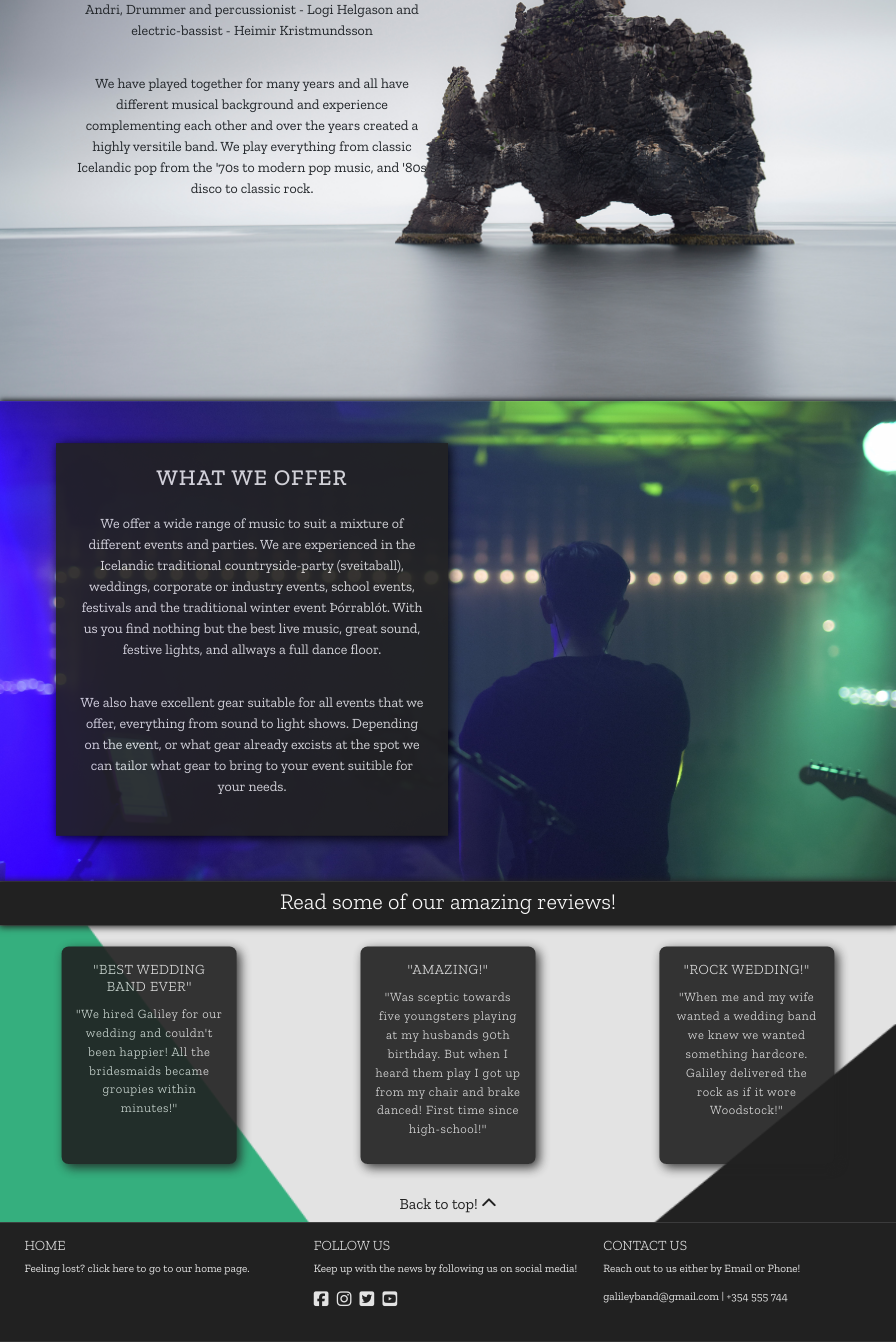
Repository: HeimirDavid/Galiley-Website
Page: index.html
The author's editor kept a record of every edit. The page is drawn from the files as they stood at one moment, then again after the next edit.
The browser window is 1280 px wide. The pictures show the part of the page from y = 830 to 2750 px (the page is 2747 px tall before and 2750 px after), at 70% of full size.
Backgrounds fixed to the window are drawn as part of the page. Some web libraries are served in a nearby version.

Above is the page before.

### index.html
<!DOCTYPE html>
<html lang="en">

<head>
    <meta charset="UTF-8">
    <meta name="viewport" content="width=device-width, initial-scale=1.0">
    <meta http-equiv="X-UA-Compatible" content="ie=edge">

    <link rel="stylesheet" href="https://stackpath.bootstrapcdn.com/bootstrap/4.3.1/css/bootstrap.min.css" integrity="sha384-ggOyR0iXCbMQv3Xipma34MD+dH/1fQ784/j6cY/iJTQUOhcWr7x9JvoRxT2MZw1T" crossorigin="anonymous">
    <link rel="stylesheet" href="https://cdnjs.cloudflare.com/ajax/libs/hover.css/2.3.1/css/hover-min.css" type="text/css" />
    <link rel="stylesheet" href="assets/css/style.css" type="text/css" />

    <script src="https://code.jquery.com/jquery-3.3.1.slim.min.js" integrity="sha384-q8i/X+965DzO0rT7abK41JStQIAqVgRVzpbzo5smXKp4YfRvH+8abtTE1Pi6jizo" crossorigin="anonymous"></script>
    <script src="https://cdnjs.cloudflare.com/ajax/libs/popper.js/1.14.7/umd/popper.min.js" integrity="sha384-UO2eT0CpHqdSJQ6hJty5KVphtPhzWj9WO1clHTMGa3JDZwrnQq4sF86dIHNDz0W1" crossorigin="anonymous"></script>
    <script src="https://stackpath.bootstrapcdn.com/bootstrap/4.3.1/js/bootstrap.min.js" integrity="sha384-JjSmVgyd0p3pXB1rRibZUAYoIIy6OrQ6VrjIEaFf/nJGzIxFDsf4x0xIM+B07jRM" crossorigin="anonymous"></script>
    <script src="https://kit.fontawesome.com/2ea8c5e5d2.js" crossorigin="anonymous"></script>

    <title>Galiley</title>
</head>

<body>
    <header>
        <!------ Header Navigation Menu, Mainly written with bootstrap  ------>
        <div class="row no-gutters">
            <div class="col black-container">
                <nav class="navbar fixed-top navbar-expand-md navbar-dark bg-dark" id="navbar-black-color">
                    <!-- Navbar position with help of this  -->
                    <a class="navbar-brand" href="index.html">Galiley - Home</a>
                    <!-- tutorial: https://www.youtube.com/watch?v=NzjU1GmKosQ&t=90s  -->
                    <button class="navbar-toggler" type="button" data-toggle="collapse" data-target="#navbarSupportedContent" aria-controls="navbarSupportedContent" aria-expanded="false" aria-label="Toggle navigation">
                    <span class="navbar-toggler-icon"></span></button>
                    <div class="collapse navbar-collapse" id="navbarSupportedContent">
                        <ul class="navbar-nav m-auto">
                            <li class="nav-item menuitem active-item">
                                <a class="nav-link" href="index.html"><span>Home</span></a>
                            </li>
                            <li class="nav-item menuitem">
                                <a class="nav-link" href="media.html"><span>Media</span></a>
                            </li>
                            <li class="nav-item menuitem">
                                <a class="nav-link" href="schedule.html"><span>Schedule</span></a>
                            </li>
                            <li class="nav-item menuitem">
                                <a class="nav-link" href="pricing.html"><span>Pricing</span></a>
                            </li>
                            <li class="nav-item menuitem">
                                <a class="nav-link" href="contact.html"><span>Contact</span></a>
                            </li>
                        </ul>
                    </div>
                </nav>
            </div>
        </div>

        <!------ Header Logo Image ------>
        <div class="logo-container">
            <div class="row no-gutters">
                <div class="col header-background-img">
                    <a href="#">
                    <img class="logo-white" src="assets/images/galiley_vit.png">
                </a>
                </div>
            </div>
        </div>

        <!------ Header Text  ------>
        <div class="row no-gutters">
            <div class="col h1-heading">
                <h1>Galiley - The Band For Your Next Event!</h1>
            </div>
        </div>
    </header>

    <!-- About section, inspired by sample projects at CI more specific Haley Schafer - StudentExampleProjectGradeFive-->
    <section id="about-image">
        <div class="container">
            <div class="row about-offer-row">
                <div class="col-md-6 text-center">
                    <h2 class="header-h2 uppercase">
                        About Galiley
                    </h2>
                    <p class="p-text">
                        We are an Icelandic band of five people of which are some of the most respected, well established and greatly experienced musicians in the north of Iceland. We feature lead singer - Freyþór Hrafn, pianist and backing vocalist - Gúðjón Jónsson, guitarist
                        and backing vocalist - Daniel Andri, Drummer and percussionist - Logi Helgason and electric-bassist - Heimir Kristmundsson
                    </p>
                    <p class="p-text">
                        We have played together for many years and all have different musical background and experience complementing each other and over the years created a highly versitile band. We play everything from classic Icelandic pop from the '70s to modern pop music,
                        and '80s disco to classic rock.
                    </p>
                </div>
            </div>
        </div>
    </section>

    <!------ What We Offer - Section ------>
    <section id="offer-image">
        <div class="container">
            <div class="row about-offer-row offer-row text-center">
                <div class="col-md-6 offer-card text-center">
                    <h2 class="header-h2 uppercase">
                        What we offer
                    </h2>
                    <p class="p-text offer-text">
                        We offer a wide range of music to suit a mixture of different events and parties. We are experienced in the Icelandic traditional countryside-party (sveitaball), weddings, corporate or industry events, school events, festivals and the traditional winter
                        event Þórrablót. With us you find nothing but the best live music, great sound, festive lights, and allways a full dance floor.
                    </p>
                    <p class="p-text offer-text">
                        We also have excellent gear suitable for all events that we offer, everything from sound to light shows. Depending on the event, or what gear already excists at the spot we can tailor what gear to bring to your event suitible for your needs.
                    </p>
                </div>
            </div>
        </div>
    </section>

    <!------ Reviews section - Header ------>
    <section>
        <!-- Review header -->
        <div class="row no-gutters">
            <div class="col review-header">
                <h2>Read some of our amazing reviews!</h2>
            </div>
        </div>

        <!------ Three review cards, use bootstrap grid system ------>
        <div class="container-fluid green-black-img">
            <div class="row">
                <div class="col-md-4 review-cards">
                    <h5 class="cards-header uppercase">"Best wedding band ever"</h5>
                    <p class="review-p">"We hired Galiley for our wedding and couldn't been happier! All the bridesmaids became groupies within minutes!"</p>
                </div>
                <div class="col-md-4 review-cards">
                    <h5 class="cards-header uppercase">"Amazing!"</h5>
                    <p class="review-p">"Was sceptic towards five youngsters playing at my husbands 90th birthday. But when I heard them play I got up from my chair and brake danced! First time since high-school!"</p>
                </div>
                <div class="col-md-4 review-cards">
                    <h5 class="cards-header uppercase">"Rock Wedding!"</h5>
                    <p class="review-p">"When me and my wife wanted a wedding band we knew we wanted something hardcore. Galiley delivered the rock as if it wore Woodstock!"</p>
                </div>
            </div>
            <!------ Go to top button at the bottom of the page -->
            <div class="row text-center">
                <div class="col gotop-col">
                    <a class="gotopbtn" href="#">
                        <span>Back to top!</span>
                        <i class="fas fa-chevron-up"></i>
                    </a>
                </div>
            </div>
        </div>
    </section>

    <footer>
        <!------ Footer section, Mainly structured and written with the help from CI tutorials from the Resume-Project.
                             Since i liked the design and strucure and felt that it fits well within this project. ------>
        <div class="container-fluid">
            <div class="row" id="footer-details">
                <div class="col-sm-4">
                    <h5 class="uppercase footer-heading">
                        <a href="index.html" class="footer-links">Home</a>
                    </h5>
                    <p class="inline-block">Feeling lost? click here to go to our home page.</p>
                </div>

                <div class="col-sm-4">
                    <h5 class="uppercase footer-heading">Follow Us</h5>
                    <p class="inline-block">Keep up with the news by following us on social media!</p>
                    <ul class="list-inline social-media-links">
                        <li class="list-inline-item">
                            <a class="footer-links" target="_blank" href="https://www.facebook.com/GalileyBand/">
                                <i class="fab fa-facebook-square"></i>
                                <span class="sr-only">Facebook</span>
                            </a>
                        </li>
                        <li class="list-inline-item">
                            <a class="footer-links" target="_blank" href="#">
                                <i class="fab fa-instagram"></i>
                                <span class="sr-only">Instagram</span>
                            </a>
                        </li>
                        <li class="list-inline-item">
                            <a class="footer-links" target="_blank" href="#">
                                <i class="fab fa-twitter-square"></i>
                                <span class="sr-only">Twitter</span>
                            </a>
                        </li>
                        <li class="list-inline-item">
                            <a class="footer-links" target="_blank" href="#">
                                <i class="fab fa-youtube-square"></i>
                                <span class="sr-only">Youtube</span>
                            </a>
                        </li>
                    </ul>
                </div>

                <div class="col-sm-4">
                    <h5 class="uppercase footer-heading">Contact Us</h5>
                    <p class="inline-block">Reach out to us either by Email or Phone!</p>
                    <p>galileyband@gmail.com | +354 555 744</p>
                </div>
            </div>
        </div>
    </footer>
</body>

</html>

### assets/css/style.css
@import url('https://fonts.googleapis.com/css?family=Zilla+Slab:300,400,500,600,700&display=swap');

html {
    scroll-behavior: smooth;
}

body {
    font-family: 'Zilla Slab', serif;
    background-color: #e3e3e3;
}

/*--------------------------------- Colour */

.green-color {
    color: #35af7e;
}

.wine-red-color {
    color: #b11226;
}

.grey-color {
    background-color: #c5c5c5;
}

.grey-blue {
    background-color: #76809a;
}
/*------------------------------- Special padding/margins/text */

h1, h2, h3, h4, h5 {
    margin: 0;
}

.uppercase {
    text-transform: uppercase;
}

.inline-block {
    display: inline-block;
}

.block-devider {
    width: 75px;
    height: 5px;
    background-color: #212121;
}

.block-devider-white {
    width: 75px;
    height: 5px;
    background-color: #e3e3e3;
}

.text-center {
    text-align: center;
}

.gotop-col {
    padding: 10px;
}

.gotopbtn {
    text-align: center;
    text-decoration: none;
    color: #212121;
    font-size: 22px;
    margin: 20px 20px;
    transition: ease-in-out 0.3s;
    -moz-transition: ease-in-out 0.3s;
    -webkit-transition: ease-in-out 0.3s;
    -o-transition: ease-in-out 0.3s;
}

.gotopbtn:hover {
    color: #a5a5a5;
    text-decoration: none;
}


/*--------------------------------- Navbar/Menu */

.navbar {
    opacity: 0.9;
    text-align: center;
    padding-bottom: 1.2em;
}

.menuitem {
    height: 50px;
    text-align: center;
    padding-left: 10px;
    padding-right: 10px;
    margin: 0px 10px 0px 10px;
    border: 1px solid #e3e3e3;
    transition: ease-in-out 0.3s;
    -moz-transition: ease-in-out 0.3s;
    -webkit-transition: ease-in-out 0.3s;
    -o-transition: ease-in-out 0.3s;
}

.menuitem a {
    width: 100%;
    text-decoration: none;
    color: #e3e3e3;
}

.menuitem a i {
    padding-top: 22px;
    display: block;
    color: #e3e3e3;
    font-size: 26px;
}

.menuitem span {
    display: block;
    width: 100%;
    padding-top: 5px;
    text-align: center;
    text-transform: uppercase;
    font-size: 14px;
    font-weight: 400;
    letter-spacing: 2px;
    transition: ease-in-out 0.3s;
    -moz-transition: ease-in-out 0.3s;
    -webkit-transition: ease-in-out 0.3s;
    -o-transition: ease-in-out 0.3s;
    color: #e3e3e3;

}

.menuitem:hover {
    background-color: #e3e3e3;
}

.menuitem:hover.menuitem span {
    color: #212121;
}

.navbar::before,     /* Before and After used from inspiration of this tutorial: https://www.youtube.com/watch?v=zGiirUiWslI   */
.navbar::after {
    content: "";
    margin-left: 2em;
    margin-right: 2em;
    width: 18%;
    height: 0.2em;
    background-color: #e3e3e3;
}

.navbar-nav .active-item span {
    color: #212121;
}

.navbar-nav .active-item {
    background-color: #e3e3e3;
}

.navbar::after {
    width: 20%;
}

.fixed-top {
    padding-top: 1.2em;
}

.navbar-brand {
    display: none;
}

#navbar-black-color {
    background-color: #212121!important;
}




/*--------------------------------- Header */

.black-container {
    position: relative;
    top: 0;
    left: 0;
    width: 100%;
    height:6em;
    background-color: #000;
}

.h1-heading {
    color: #fafafa;
    padding: 10px 0px 15px 0px;
    text-align: center;
    background-color: #212121;
    box-shadow: 0px 10px 30px -10px #212121;
}

.h1-heading h1 {
    font-weight: 300;
}

.header-background-img {
    display: block;
    background-image: url("../images/galiley_diddi.jpg");
    padding: 20px;
    background-size: cover;
}

/*
.logo-container {
    margin-top: 7%;
}
*/

.logo-white {
    opacity: 1.9;
    display: block;
    margin-left: auto;
    margin-right: auto;
    width: 70%;
}

/*--------------------------------- Footer */

footer {
    background-color: #212121;
    color: #e3e3e3;
    min-height: 100px;
    margin: 0;
}

.footer-heading {
    font-weight: 300;
    text-decoration: none;
    margin-bottom: 10px;
}

.footer-heading a {
    transition: ease-in-out 0.3s;
    -moz-transition: ease-in-out 0.3s;
    -webkit-transition: ease-in-out 0.3s;
    -o-transition: ease-in-out 0.3s;
}

.footer-heading a:hover {
    color: #a5a5a5;
    text-decoration: none;
}

.footer-links {
    color: #e3e3e3;
}

.social-media-links {
    padding-bottom: 10px;
}

.social-media-links li a i {
    font-size: x-large;
    padding: 10px 0px;
    line-height: 10px;
    transition: ease-in-out 0.3s;
    -moz-transition: ease-in-out 0.3s;
    -webkit-transition: ease-in-out 0.3s;
    -o-transition: ease-in-out 0.3s;
}

.social-media-links li a i:hover {
    color: #35af7e;
}

#footer-details {
    padding: 20px;
}

/*--------------------------------- About - Section / What we offer - Section */

.about-offer-row {
    padding: 20px 0px;
}

.header-h2 {
    font-weight: 500;
    padding: 10px 10px 20px 10px;
    letter-spacing: 1.5px;
}

.p-text {
    font-size: 20px;
    padding: 10px 10px 20px 10px;
}

.about-row {
    padding: 60px 10px 20px 10px;
}

.offer-card {
    background-color: #212121;
    color: #e3e3e3;
    padding: 20px;
    margin-bottom: 45px;
    box-shadow: 3px 3px 15px 0px #000;
    opacity: 0.9;
}

/*--------------------------------- Reviews - section */

.review-header {
    background-color: #212121;
    color: #fafafa;
    padding: 10px 0px 15px 0px;
    text-align: center;
    box-shadow: 0px 1px 10px 1px #212121;
}

.review-header h2 {
    font-weight: 300;
}

.review-cards {
    background-color: #212121;
    color: #e3e3e3;
    opacity: 0.9;
    max-width: 250px;
    padding: 20px;
    margin: 30px;
    margin-right: auto;
    margin-left: auto;
    text-align: center;
    border-radius: 10px;
    box-shadow: 5px 5px 15px 0px #212121;
}

.cards-header {
    font-weight: 300;
    letter-spacing: 0.8px;
    margin-bottom: 15px;
}

.review-p {
    font-size: 18px;
    font-weight: 200;
    letter-spacing: 0.8px;
}

/*--------------------------------- Setlist Section / Video Section */

.spotify-header-row {
    background-color: #35af7e;
}

.media-header {
    padding: 20px;
    font-weight: 300;
    font-size: 38px;
}

.spotify-row {
    margin-bottom: 40px;
}

.setlist-header-col {
    color: #000;
    padding: 30px;
}

.media-h4 {
    font-weight: 300;
    font-size: 30px;
    padding: 10px;
}

.media-p {
    font-size: 22px;
    font-weight: 300;
}

.spotify-col {
    color: #e3e3e3;
    background-color: rgba(0, 0, 0, 0.5);
    margin: auto;
    margin-top: 20px;
    padding: 20px 10px 0px 10px;
    max-width: 300px;
    border-radius: 12px;
    border-radius: 10px;
    box-shadow: 5px 5px 15px 0px #212121;
}

.spotify-col::before {
    content: "";
    top: 0;
    left: 0;
    background-color: #212121;
    height: 100px;
    width: 1em;
}

.spotify-player {
    opacity: .96;
}

.video-container {
    padding:0px 0px 80px 0px;

}

.video-header-col {
    background-color: #212121;
    color: #e3e3e3;
    padding: 20px 0px;
    box-shadow: 0px 10px 30px -10px #212121;
}

.youtube-col {
    padding: 10px;
}

.youtube-container {  /*   Code copied to make youtube player responsive. Source: https://avexdesigns.com/responsive-youtube-embed/    */
position: relative;
padding-bottom: 56.25%;
padding-top: 30px; height: 0; overflow: hidden;
}

.youtube-container iframe,
.youtube-container object,
.youtube-container embed {
position: absolute;
top: 0;
left: 0;
width: 100%;
height: 100%;
}

/*--------------------------------- Media Queries */

@media (max-width: 767px) {
    .navbar::before,
    .navbar::after {
        display: none;
    }

    .navbar-brand {
        display: block;
    }

    .fixed-top {
        padding: 1em;
    }

    .reviews-container {
        background-color: #e3e3e3;
    }

    .reviews-container {
        background: #e3e3e3;
    }
}

@media (min-width: 767px) {

    /* Images use and fixed image website layout inspiried by this tutorial: https://www.youtube.com/watch?v=PWoOpJtkyjI */
    #about-image { /* Image from unsplash taken by Luca Baggio */
        background-image: url("../images/about-background.jpg");
        background-attachment: fixed;
        background-size: cover;
        height: 120vh;
        width: 100%;
    }

    #spotify-background-img {
        background-image: url("../images/spotify-background-img.jpg");
        background-attachment: fixed;
        background-size: cover;
        height: 120vh;
        width: 100%;
    }

    #offer-image {
        background-image: url("../images/galiley-offer.jpg");
        background-attachment: scroll;
        background-size: cover;
        height: 100%;
        width: 100%;
        box-shadow: 0px -3px 7px 0px;
    }

    .green-black-img {
        background-image: url("../images/setlist-background.png");
        background-attachment: fixed;
        background-size: cover;
        box-shadow: 0px -3px 7px 0px;
    }

    .about-offer-row {
    padding: 60px 10px 20px 10px;
    }

    .youtube-row {
        padding-top: 50px;
    }

    .youtube-col {
        padding: 10px 100px;
    }
}

@media (min-width: 767px) and (max-width: 1000px) {
    #about-image {
        background-image: url("../images/about-background.jpg");
        background-attachment: fixed;
        background-size: cover;
        height: 200vh;
        width: 100%;
    }

        #spotify-background-img {
        background-image: url("../images/spotify-background-img.jpg");
        background-attachment: fixed;
        background-size: cover;
        height: 250vh;
        width: 100%;
    }
}

@media (max-width: 576px) {
    /* To get rid of padding and margin to link up "Offer section" and "reviews section" in mobile view */
    .about-offer-row {
    padding-top: 20px;
    }

    .offer-card {
        margin: 0;
    }
}

After the next edit:
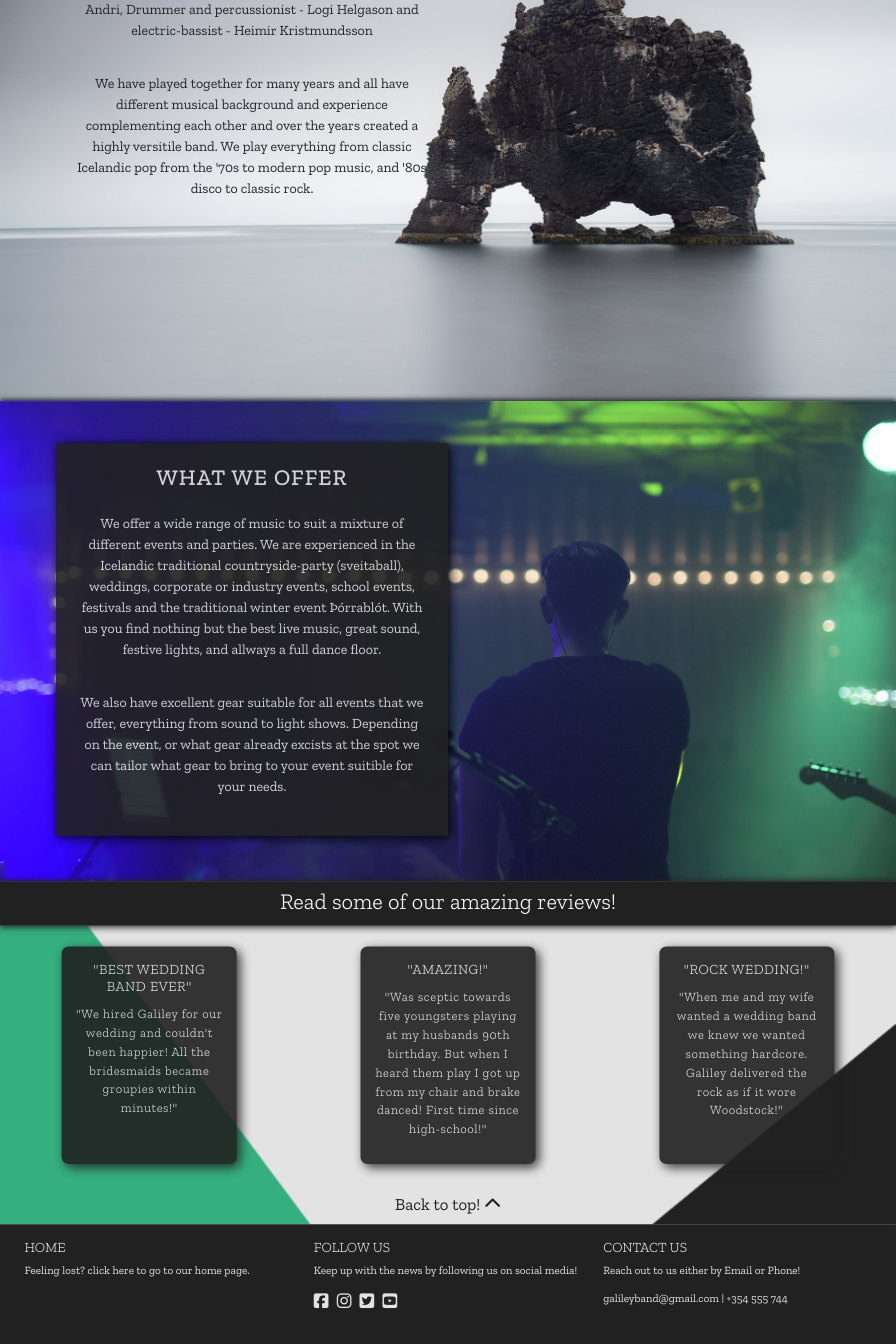
The edit:
--- a/assets/css/style.css
+++ b/assets/css/style.css
@@ -64,7 +64,7 @@
     text-align: center;
     text-decoration: none;
     color: #212121;
-    font-size: 22px;
+    font-size: 1.5em;
     margin: 20px 20px;
     transition: ease-in-out 0.3s;
     -moz-transition: ease-in-out 0.3s;
